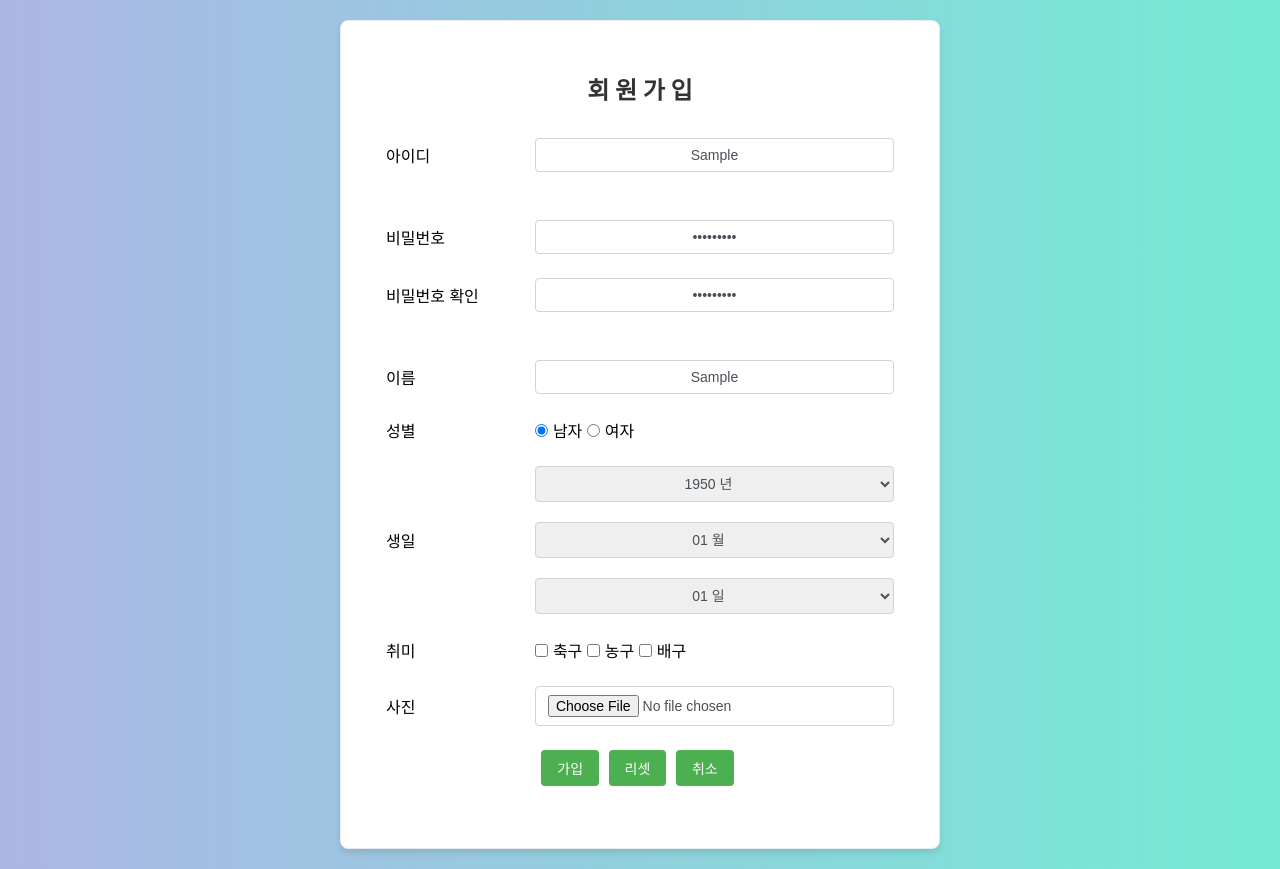
Repository: 1plus1equals3-true/Board-Project
Page: http://localhost/jsp/member/Join.jsp
An editor plug-in stored every save of this project. The page is shown before and after the next save, followed by the edit.
The browser window is 1280 px wide. The pictures show the whole page.
Empty fields were first filled with sample values (such as "Sample", 5 or name@example.com).
After loading, the first visible `input[onclick="submit_check()"]` was clicked once.
The page is served by Tomcat 9.

Above is the page before, as saved 2025-09-16 03:02:38.
Console error: TypeError: Cannot read properties of undefined (reading 'submit')

After the next save:
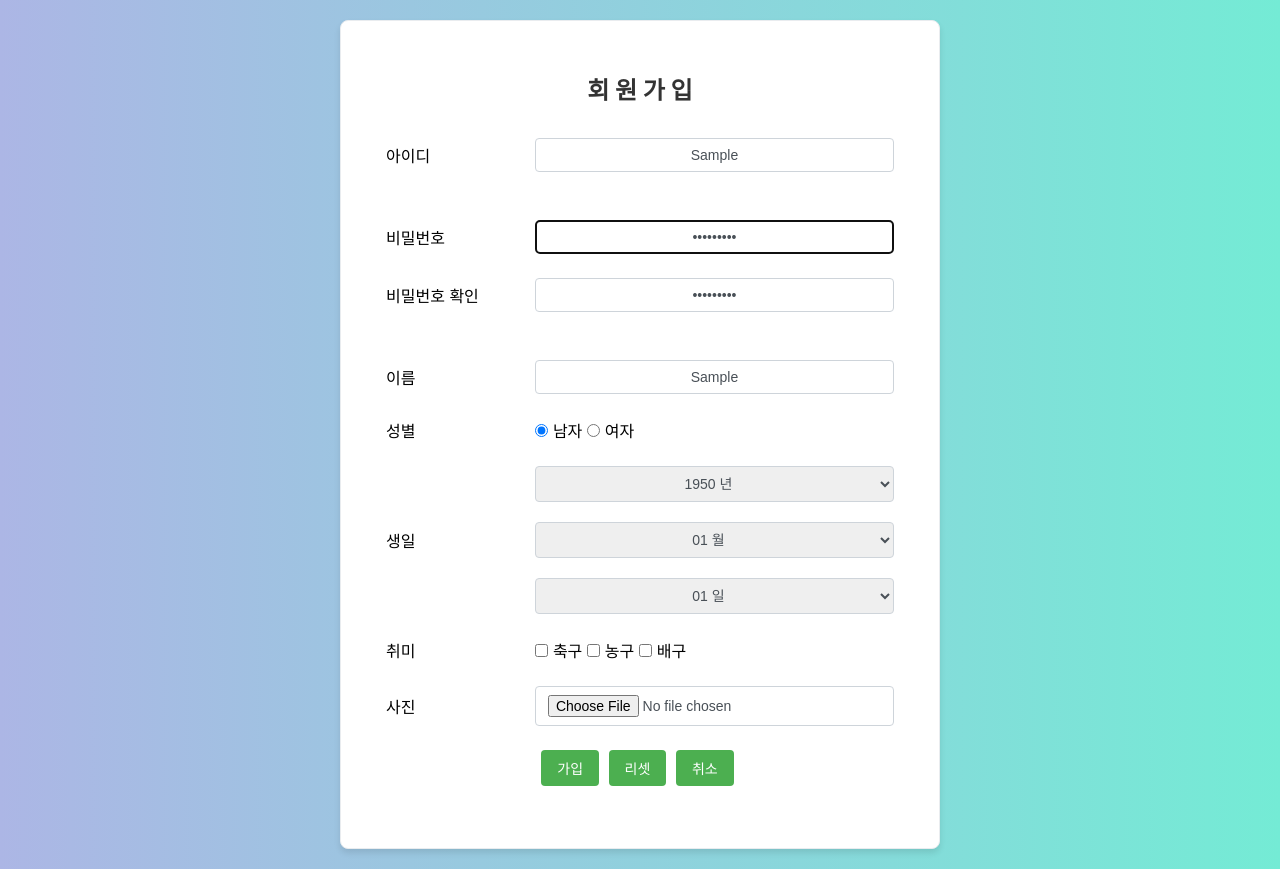
The error is gone.
Saved 59 s later.
--- a/jsp/src/main/webapp/member/Join.jsp
+++ b/jsp/src/main/webapp/member/Join.jsp
@@ -229,7 +229,11 @@ function submit_check() {
 	      	return;
 	   	}else if (upass1.value.trim().length < 4 || upass2.value.trim().length < 4) {
 	   		alert('비밀번호가 너무 짧습니다.');
-	      	uid.focus();
+	   		upass1.focus();
+	      	return;
+	   	}else if (upass1 !== upass2) {
+	   		alert('비밀번호가 너무 짧습니다.');
+	   		upass1.focus();
 	      	return;
 	   	}else {
 			document.join_form.submit();
